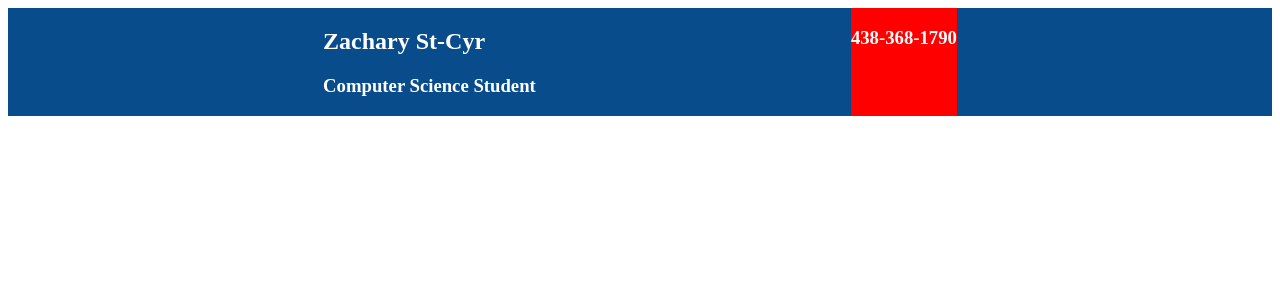
Repository: zackaroo20/Resume-CV
Page: CV.html
The author's editor kept a copy of each file at every save. The page is drawn from the files as they stood at one save, then again after the next save.
The browser window is 1280 px wide. The pictures show the whole page.

Above is the page before, as saved 2026-03-02 15:13:29.

### CV.html
<!DOCTYPE html>
<html lang="en">
<head>
    <meta charset="UTF-8">
    <meta name="viewport" content="width=device-width, initial-scale=1.0">
    <title>Document</title>
    <link rel="stylesheet" href="CV.css">
</head>
<main>
<body>
    <header>
        <section>
            <h1>Zachary St-Cyr  </h1> <h3>Computer Science Student</h3>
        </section>
        <aside>
            <h3>438-368-1790</h3>
        </aside>




    </header>

</body>
</main>
</html>

### CV.css

header{

    background-color:#084c8b;
    color: white;
    display: flex;
    justify-content: space-evenly

}
aside{
    background-color: red;
}

After the next save:
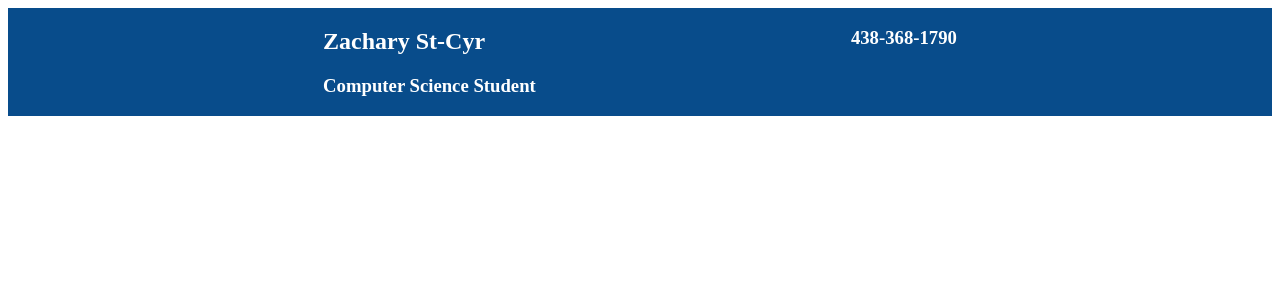
Saved 2 min 58 s later.
--- a/CV.css
+++ b/CV.css
@@ -7,6 +7,9 @@
     justify-content: space-evenly
 
 }
-aside{
-    background-color: red;
+
+img{
+
+    width: 20px;
+    height: 20px;
 }
